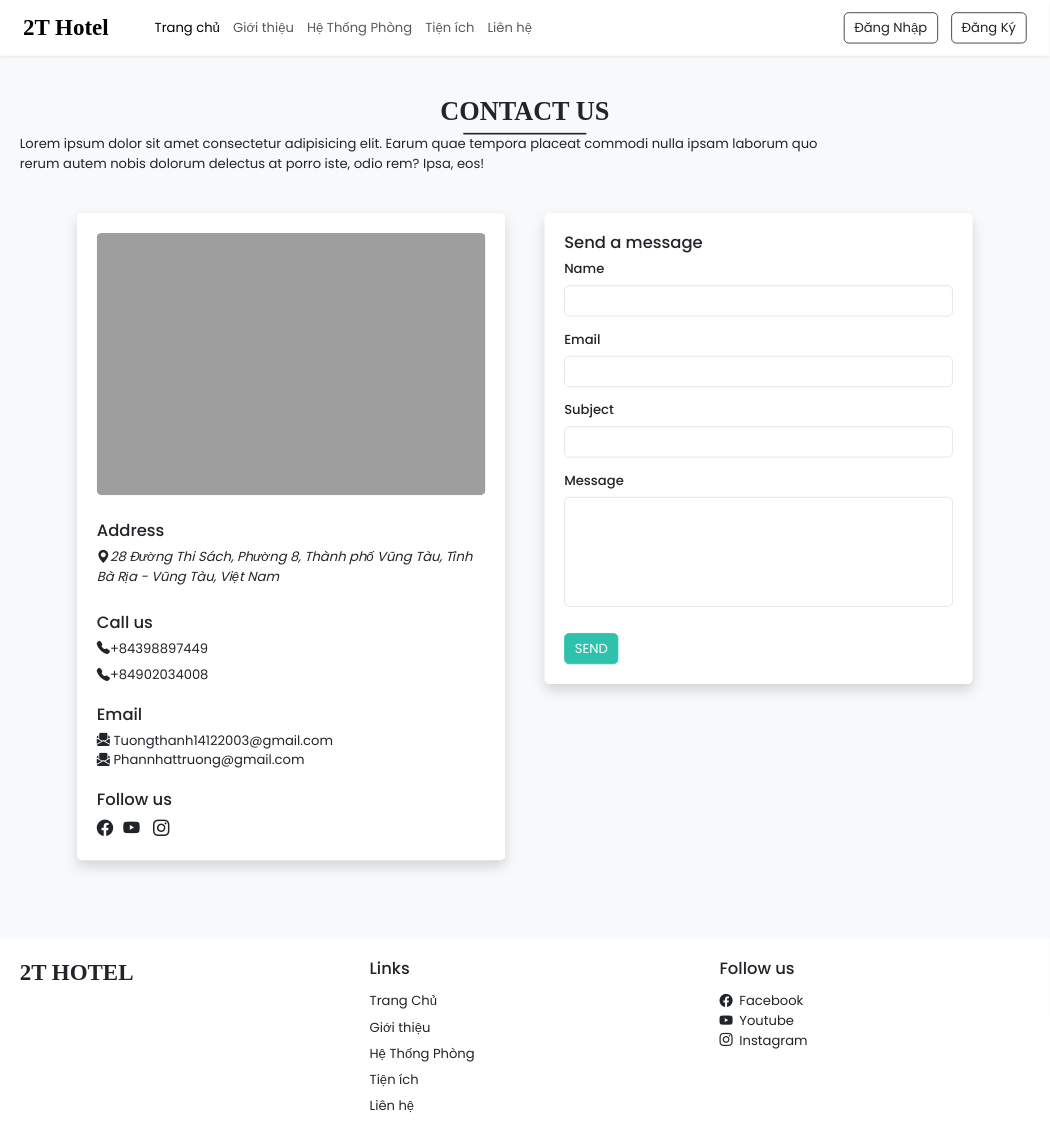
Repository: TaTongThanh2003/DoAnCoSo2024_BookingHotelWebsite
Page: http://localhost/WebsiteBookingHotel/contact.php
These files come from the project's save history. The page is drawn as it stood at one moment and after the next save; the edit follows.
The browser window is 1280 px wide. The pictures show the whole page, at 82% of full size.
Pictures or frames that could not be fetched are drawn as grey boxes. Some web fonts or font styles are not loaded; a fallback is used. The page is run by PHP 8.4 with error messages shown; the project is at /var/www/html/.

Above is the page before, as saved 2024-03-23 22:37:30.

### WebsiteBookingHotel/contact.php
<!DOCTYPE html>
<html lang="en">

<head>
    <meta charset="UTF-8">
    <meta http-equiv="X-UA-Compatible" content="IE-edge">
    <meta name="viewport" content="width=device-width, initial-scale=1.0">
    <title>2T Hotel - CONTACT</title>
    <?php require('inc/links.php'); ?>
    <style>
    .pop:hover {
        border-top-color: var(--teal) !important;
        transform: scale(1.03);
        transition: all 0.3s;
    }
    </style>
    <link rel="stylesheet" href="https://cdn.jsdelivr.net/npm/swiper@11/swiper-bundle.min.css" />
    <style>
    @media screen and (max-width: 575px) {
        .availability-form {
            margin: 25px;
            padding: 0 35px;
        }
    }
    </style>
</head>

<body class="bg-light">
    <?php require('inc/header.php'); ?>

    <div class="my-5 px-4">
        <h2 class="fw-bold h-font text-center">CONTACT US</h2>
        <div class="h-line bg-dark"></div>
        <p>Lorem ipsum dolor sit amet consectetur adipisicing elit. Earum quae tempora placeat commodi nulla ipsam
            laborum quo <br> rerum autem nobis dolorum delectus at porro iste, odio rem? Ipsa, eos!</p>
    </div>
    <div class="container">
        <div class="row">
            <div class="col-lg-6 col-md-6 mb-5 px-4">
                <div class="bg-white rounded shadow p-4 ">
                    <iframe
                        src="https://www.google.com/maps/embed?pb=!1m18!1m12!1m3!1d1387.4586037672818!2d107.14647667339156!3d10.395697334627467!2m3!1f0!2f0!3f0!3m2!1i1024!2i768!4f13.1!3m3!1m2!1s0x31756fd4554f0cf5%3A0xb24fd23bf641fa40!2zVsWpbmcgVMOgdSwgQsOgIFLhu4thIC0gVsWpbmcgVMOgdSwgVmnhu4d0IE5hbQ!5e0!3m2!1svi!2s!4v1710661690680!5m2!1svi!2s"
                        class="w-100 rounded mb-4" height="320px" loading="lazy"
                        referrerpolicy="no-referrer-when-downgrade"></iframe>
                    <h5>Address</h5>
                    <a href="https://maps.app.goo.gl/TkpwJFueXijHawj1A" target="_blank"
                        class="d-inline-block text-decoration-none text-dark mb-2">
                        <i class="bi bi-geo-alt-fill">28 Đường Thi Sách, Phường 8, Thành phố Vũng Tàu,
                            Tỉnh Bà Rịa - Vũng Tàu, Việt Nam</i>
                    </a>
                    <h5 class="mt-4">Call us</h5>
                    <a href="tel: +84398897449" class="d-inline-block mb-2 text-decoration-none text-dark">
                        <i class="bi bi-telephone-fill"></i>+84398897449
                    </a>
                    <br>
                    <a href="tel: +84902034008" class="d-inline-block text-decoration-none text-dark">
                        <i class="bi bi-telephone-fill"></i>+84902034008
                    </a>
                    <h5 class="mt-4">Email</h5>
                    <a href="Mail To: tuongthanh14122003@gmail.com "
                        class="d-inline-block text-decoration-none text-dark">
                        <i class="bi bi-envelope-paper-fill"> </i>Tuongthanh14122003@gmail.com</a><br>
                    <a href="MailTo: phannhattruong@gmail.com " class="d-inline-block text-decoration-none text-dark">
                        <i class="bi bi-envelope-paper-fill"> </i>Phannhattruong@gmail.com</a>
                    <h5 class="mt-4">Follow us</h5>
                    <a href="#" class="d-inline-block text-dark fs-5 me-2 ">
                        <i class="bi bi-facebook mi-1"></i>
                    </a>

                    <a href="#" class="d-inline-block text-dark fs-5 me-2">
                        <i class="bi bi-youtube me-1"></i>
                    </a>
                    <a href="#" class="d-inline-block text-dark fs-5 ">
                        <i class="bi bi-instagram me-1"></i>
                    </a>
                </div>
            </div>
            <div class="col-lg-6 col-md-6 px-4">
                <div class="bg-white rounded shadow p-4 ">
                    <form>
                        <h5>Send a message</h5>
                        <div class="mb-3">
                            <label class="form-label" style="font-weight: 500;">Name</label>
                            <input type="text" class="form-control shadow-none">
                        </div>
                        <div class="mb-3">
                            <label class="form-label" style="font-weight: 500;">Email</label>
                            <input type="email" class="form-control shadow-none">
                        </div>
                        <div class="mb-3">
                            <label class="form-label" style="font-weight: 500;">Subject</label>
                            <input type="text" class="form-control shadow-none">
                        </div>
                        <div class="mb-3">
                            <label class="form-label" style="font-weight: 500;">Message</label>
                            <textarea class="form-control shadow-none" rows="5" style="resize: none;"></textarea>
                        </div>
                        <button type="submit" class="btn text-white custom-bg mt-3">SEND</button>
                    </form>
                </div>
            </div>

        </div>
    </div>

    <!-- footer -->
    <?php require('inc/footer.php'); ?>




    <!-- <script src="https://cdn.jsdelivr.net/npm/swiper@11/swiper-bundle.min.js"></script>
    <script src="https://cdn.jsdelivr.net/npm/bootstrap@5.3.3/dist/js/bootstrap.bundle.min.js"
        integrity="sha384-YvpcrYf0tY3lHB60NNkmXc5s9fDVZLESaAA55NDzOxhy9GkcIdslK1eN7N6jIeHz" crossorigin="anonymous">
    </script> -->
    <!-- <script>
    var swiper = new Swiper(".swiper-container", {
        spaceBetween: 30,
        effect: "fade",
        loop: true,
        autoplay: {
            delay: 3500,
            disableOnInteraction: false,
        }
    });
    var swiper = new Swiper(".swiper-testimonials", {
        effect: "coverflow",
        grabCursor: true,
        centeredSlides: true,
        slidesPerView: "auto",
        slidesPerView: "3",
        loop: true,
        coverflowEffect: {
            rotate: 50,
            stretch: 0,
            depth: 100,
            modifier: 1,
            slideShadows: false,
        },
        pagination: {
            el: ".swiper-pagination",
        },
        breakpoints: {
            320: {
                slidesPerView: 1,
            },
            640: {
                slidesPerView: 1,
            },
            768: {
                slidesPerView: 2,
            },
            1024: {
                slidesPerView: 3,
            },
        }
    });
    </script> -->
</body>

</html>

### WebsiteBookingHotel/inc/links.php
<link href="https://cdn.jsdelivr.net/npm/bootstrap@5.3.3/dist/css/bootstrap.min.css" rel="stylesheet"
    integrity="sha384-QWTKZyjpPEjISv5WaRU9OFeRpok6YctnYmDr5pNlyT2bRjXh0JMhjY6hW+ALEwIH" crossorigin="anonymous">
<link href="https://fonts.googleapis.com/css2?family=Merienda:wght@400;700&family=Poppins:wght@400;500;600&display=swap"
    rel="stylesheet">
<link rel="stylesheet" href="https://cdn.jsdelivr.net/npm/bootstrap-icons@1.11.3/font/bootstrap-icons.min.css">
<link rel="stylesheet" href="css/common.css">

### WebsiteBookingHotel/inc/header.php
<nav class="navbar navbar-expand-lg navbar-light bg-white px-lg-3 py-lg-2 shadow-sm sticky-top">
    <div class="container-fluid">
        <a class="navbar-brand me-5 fw-bold fs-3 h-font" href="index.php">2T Hotel</a>
        <button class="navbar-toggler shadow-none" type="button" data-bs-toggle="collapse"
            data-bs-target="#navbarSupportedContent" aria-controls="navbarSupportedContent" aria-expanded="false"
            aria-label="Toggle navigation">
            <span class="navbar-toggler-icon"></span>
        </button>
        <div class="collapse navbar-collapse" id="navbarSupportedContent">
            <ul class="navbar-nav me-auto mb-2 mb-lg-0">
                <li class="nav-item">
                    <a class="nav-link active" aria-current="page" href="index.php">Trang chủ</a>
                </li>
                <li class="nav-item">
                    <a class="nav-link" href="about.php">Giới thiệu</a>
                </li>
                <li class="nav-item">
                    <a class="nav-link" href="rooms.php">Hệ Thống Phòng</a>
                </li>
                <li class="nav-item">
                    <a class="nav-link" href="facilities.php">Tiện ích</a>
                </li>
                <li class="nav-item">
                    <a class="nav-link" href="contact.php">Liên hệ</a>
                </li>

            </ul>
            <div class="d-flex">
                <button type="button" class="btn btn-outline-dark shadow-none me-lg-3 me-2" data-bs-toggle="modal"
                    data-bs-target="#loginModal">
                    Đăng Nhập
                </button>
                <button type="button" class="btn btn-outline-dark shadow-none " data-bs-toggle="modal"
                    data-bs-target="#registerModal">
                    Đăng Ký
                </button>
            </div>
        </div>
    </div>
</nav>

<!-- login -->
<div class="modal fade" id="loginModal" data-bs-backdrop="static" data-bs-keyboard="false" tabindex="-1"
    aria-labelledby="staticBackdropLabel" aria-hidden="true">
    <div class="modal-dialog">
        <div class="modal-content">
            <form>
                <div class="modal-header">
                    <h5 class="modal-title d-flex align-item-center">
                        <i class="bi bi-person-circle fs-5 me-2"></i> User login
                    </h5>
                    <button type="reset" class="btn-close shadow-none" data-bs-dismiss="modal"
                        aria-label="Close"></button>
                </div>
                <div class="modal-body">
                    <div class="mb-3">
                        <label class="form-label">Email address</label>
                        <input type="email" class="form-control shadow-none">
                    </div>
                    <div class="mb-4">
                        <label class="form-label">Password</label>
                        <input type="password" class="form-control shadow-none">
                    </div>
                    <div class="d-flex align-items-center justify-content-between mb-2">
                        <button type="submit" class="btn btn-dark shadow-none">LOGIN</button>
                        <a href="javascript: void(0)" class="text-secondary text-decoration-none">Forgot
                            Password?</a>
                    </div>
                </div>
            </form>
        </div>
    </div>
</div>

<!-- Register -->
<div class="modal fade" id="registerModal" data-bs-backdrop="static" data-bs-keyboard="false" tabindex="-1"
    aria-labelledby="staticBackdropLabel" aria-hidden="true">
    <div class="modal-dialog modal-lg">
        <div class="modal-content">
            <form>
                <div class="modal-header">
                    <h5 class="modal-title d-flex align-item-center">
                        <i class="bi bi-person-lines-fill fs-5 me-2"></i>
                        User Registration
                    </h5>
                    <button type="reset" class="btn-close shadow-none" data-bs-dismiss="modal"
                        aria-label="Close"></button>
                </div>
                <div class="modal-body">
                    <span class="badge rounded-pill bg-light text-dark mb-3 text-wrap lh-base">
                        Note: Your details must match with your ID (Aadhar card, passport, driving license, etc.)
                        that will be required dring check-in.
                    </span>
                    <div class="container-fluid">
                        <div class="row">
                            <!-- Name -->
                            <div class="col-md-6 ps-0 mb-3">
                                <label class="form-label">Name</label>
                                <input type="text" class="form-control shadow-none">
                            </div>
                            <!-- Email -->
                            <div class="col-md-6 p-0 mb-3">
                                <label class="form-label">Email</label>
                                <input type="email" class="form-control shadow-none">
                            </div>
                            <!-- Phone Number -->
                            <div class="col-md-6 ps-0 mb-3">
                                <label class="form-label">Phone Number</label>
                                <input type="number" class="form-control shadow-none">
                            </div>
                            <!-- Picture -->
                            <div class="col-md-6 p-0 mb-3">
                                <label class="form-label">Picture</label>
                                <input type="file" class="form-control shadow-none">
                            </div>
                            <!-- Address -->
                            <div class="col-md-12 p-0 mb-3">
                                <label class="form-label">Address</label>
                                <textarea class="form-control shadow-none" rows="1"></textarea>
                            </div>
                            <!-- Pincode -->
                            <div class="col-md-6 ps-0 mb-3">
                                <label class="form-label">Pincode</label>
                                <input type="number" class="form-control shadow-none">
                            </div>
                            <!-- Date of birth -->
                            <div class="col-md-6 p-0 mb-3">
                                <label class="form-label">Date of birth</label>
                                <input type="date" class="form-control shadow-none">
                            </div>
                            <!-- Password -->
                            <div class="col-md-6 ps-0 mb-3">
                                <label class="form-label">Password</label>
                                <input type="password" class="form-control shadow-none">
                            </div>
                            <!-- Comfirm Password -->
                            <div class="col-md-6 p-0 mb-3">
                                <label class="form-label">Comfirm Password</label>
                                <input type="password" class="form-control shadow-none">
                            </div>
                        </div>
                    </div>
                    <div class="text-center my-1">
                        <button type="submit" class="btn btn-dark shadow-none">REGISTER</button>
                    </div>
                </div>
            </form>
        </div>
    </div>
</div>

### WebsiteBookingHotel/inc/footer.php
<div class="container-fluid bg-white mt-5">
    <div class="row">
        <div class="col-lg-4 p-4">
            <h3 class="h-font fw-bold fs-3">2T HOTEL</h3>
            <p>

            </p>
        </div>
        <div class="col-lg-4 p-4">
            <h5 class="mb-3">Links</h5>
            <a href="index.php" class="d-inline-block mb-2 text-dark text-decoration-none">Trang Chủ</a><br>
            <a href="about.php" class="d-inline-block mb-2 text-dark text-decoration-none">Giới thiệu</a> <br>
            <a href="rooms.php" class="d-inline-block mb-2 text-dark text-decoration-none">Hệ Thống Phòng</a><br>
            <a href="facilities.php" class="d-inline-block mb-2 text-dark text-decoration-none">Tiện ích</a><br>
            <a href="contact.php" class="d-inline-block mb-2 text-dark text-decoration-none">Liên hệ</a><br>
        </div>
        <div class="col-lg-4 p-4">
            <h5 class="mb-3">Follow us</h5>
            <a href="#" class="d-inline-block text-dark text-decoration-none md-2">
                <i class="bi bi-facebook me-1"></i> Facebook
            </a><br>
            <a href="#" class="d-inline-block text-dark text-decoration-none md-2">
                <i class="bi bi-youtube me-1"></i> Youtube
            </a><br>
            <a href="#" class="d-inline-block text-dark text-decoration-none ">
                <i class="bi bi-instagram me-1"></i> Instagram
            </a><br>
        </div>
    </div>
</div>

### WebsiteBookingHotel/css/common.css
:root{
    --teal: #2ec1ac;
    --teal_hover: #279e8c;
}

* {
    font-family: 'Poppins', sans-serif;
}

.h-font {
    font-family: 'Merienda', cursive;
}

input::-webkit-outer-spin-button,
input::-webkit-inner-spin-button {
    -webkit-appearance: none;
    margin: 0;
}

/* input[type=number] {
    -moz-appearance: textfield;
} */

.custom-bg {
    background-color: var(--teal);
    border: 1px solid var(--teal);
}

.custom-bg:hover {
    background-color: var(--teal_hover);
    border-color: var(--teal_hover);
}

.availability-form {
    margin-top: -50px;
    z-index: 2;
    position: relative;
}
.h-line{
    width: 150px ;
    margin: 0 auto;
    height: 1.7px;
}

After the next save:
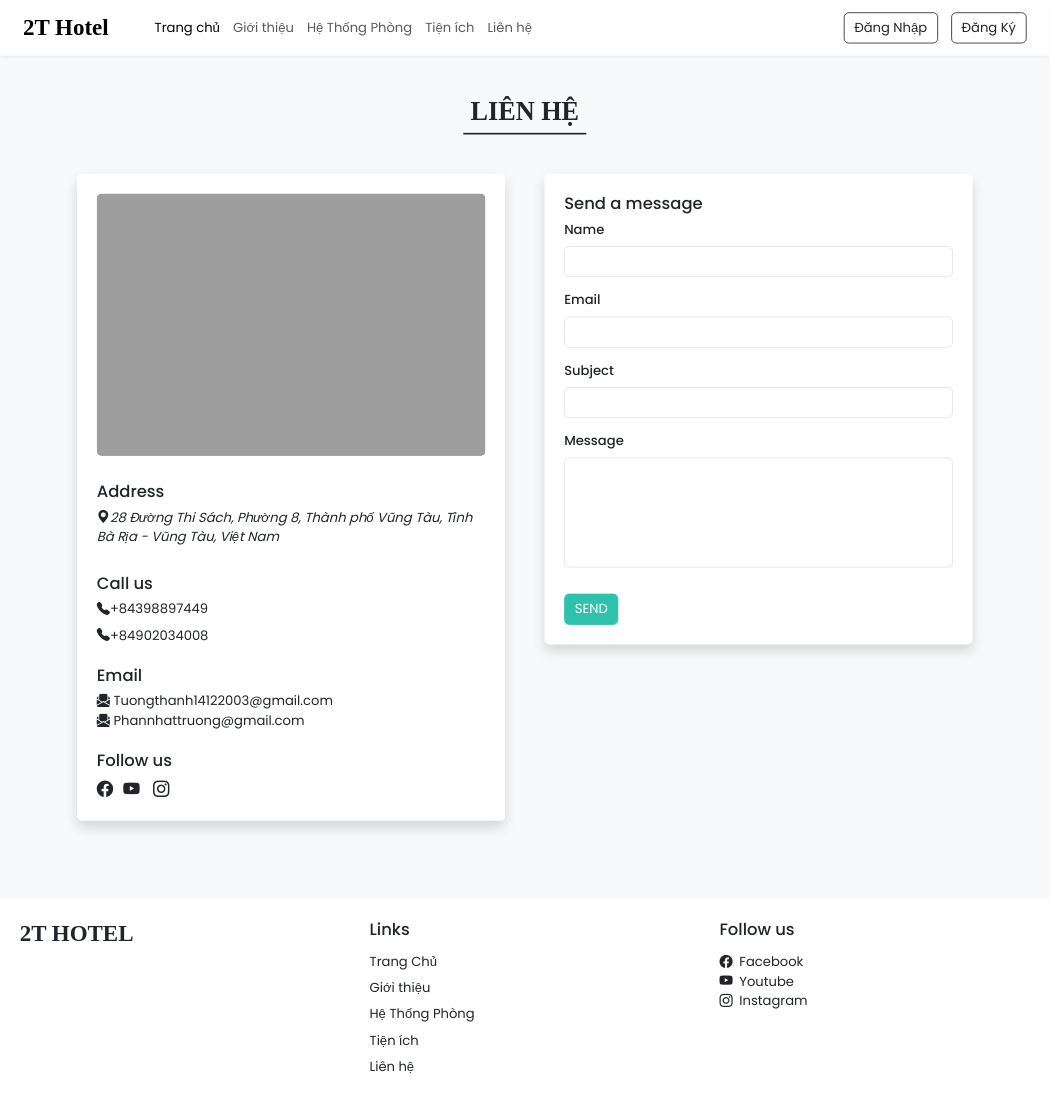
Saved 2 min 46 s later.
--- a/WebsiteBookingHotel/contact.php
+++ b/WebsiteBookingHotel/contact.php
@@ -29,10 +29,9 @@
     <?php require('inc/header.php'); ?>
 
     <div class="my-5 px-4">
-        <h2 class="fw-bold h-font text-center">CONTACT US</h2>
+        <h2 class="fw-bold h-font text-center">LIÊN HỆ</h2>
         <div class="h-line bg-dark"></div>
-        <p>Lorem ipsum dolor sit amet consectetur adipisicing elit. Earum quae tempora placeat commodi nulla ipsam
-            laborum quo <br> rerum autem nobis dolorum delectus at porro iste, odio rem? Ipsa, eos!</p>
+
     </div>
     <div class="container">
         <div class="row">
